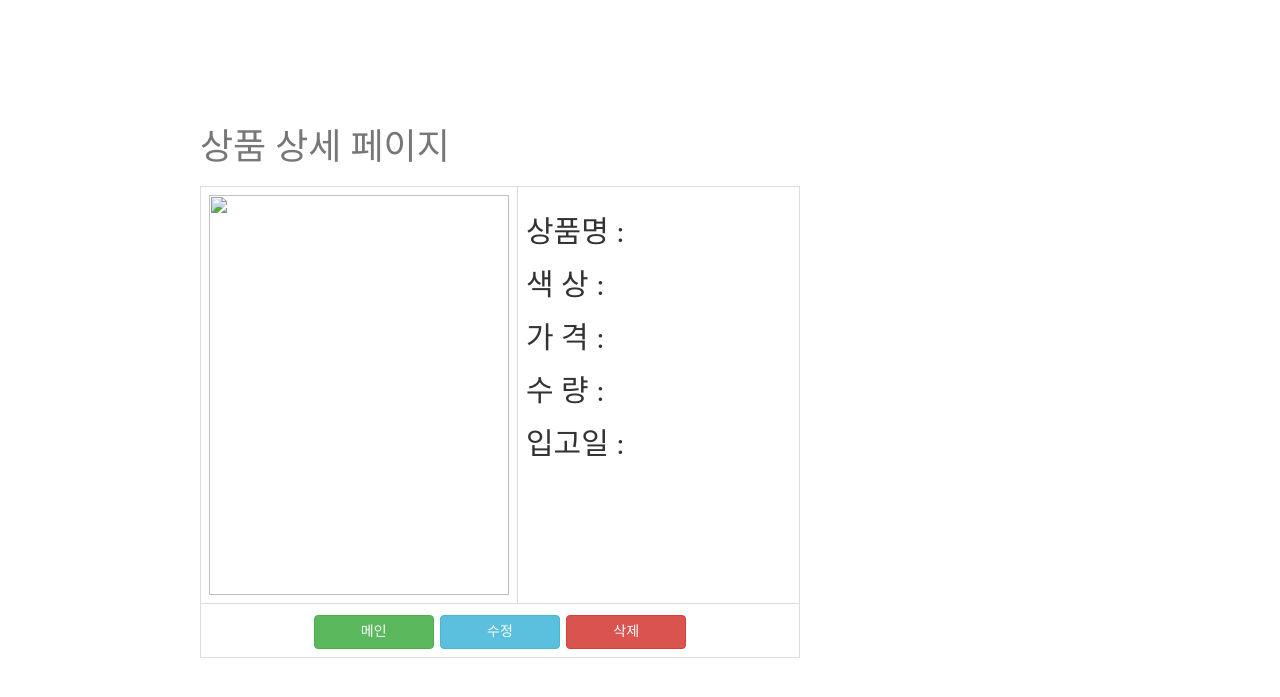
Repository: Juheekim1207/Javawork
Page: http://localhost/WebProjectEx1/day0420/ShopDetailPage.jsp
The author's editor kept a copy of each file at every save. The page is drawn from the files as they stood at one save, then again after the next save.
The browser window is 1280 px wide. The pictures show the whole page.
Some web fonts or font styles are not loaded; a fallback is used. The page is served by Tomcat 9. Other server files are loaded and not shown. Queries for data that is not in the repository find no rows.

Above is the page before, as saved 2022-04-22 01:15:12.
Console error: SyntaxError: Invalid or unexpected token

### WebProjectEx1/src/main/webapp/day0420/ShopDetailPage.jsp
<%@ page language="java" contentType="text/html; charset=UTF8"
    pageEncoding="UTF8"%>
<!DOCTYPE html>
<html>
<head>
<meta charset="UTF8">
<title>Insert title here</title>
<link rel="stylesheet" href="https://maxcdn.bootstrapcdn.com/bootstrap/3.4.1/css/bootstrap.min.css">
<script src="https://code.jquery.com/jquery-3.5.0.js"></script>
<link href="https://fonts.googleapis.com/css2?family=Gamja+Flower&family=Jua&family=Lobster&family=Nanum+Brush+Script&display=swap" rel="stylesheet">
<script src="https://maxcdn.bootstrapcdn.com/bootstrap/3.4.1/js/bootstrap.min.js"></script>
<style type="text/css">
	div.detail{
		margin-top: 100px;
		margin-left: 200px;
		font-size: 25px;
		font-family: 'Jua';
	}
</style>
<script type="text/javascript">
	$(function() {
		init(); //처음 시작시 dto데이터 넣어주기

		//메인페이지로 가는 이벤트
		$("#btnmain").click(function() {
			history.back(); //이전 페이지로 이동
			//location.href="ShopJson.jsp"

		});

		$("#btndelete").click(function(){
			var ans = confirm("삭제하려면 [확인]버튼을 눌러주세요");
			if(ans){
				$.ajax({
					type: "get",
					dataType: "html",
					url: "delete.jsp",
					data: {"num":$("#num").val()},
					success:function(){
						alert("삭제되었습니다");
						//Shopjson.html로 이동
						location.href="Shopjson.html";
					}
				});
			}
		});

		//수정 버튼
		$("#btnupdate").click(function(){
			$.ajax({
				type: "get",
				dataType: "json",
				url: "DetailJson.jsp",
				data: {"num":$("#num").val()},
				success:function(data){
					$("#usangpum").val(data.sangpum);
					#("#uprice").val(data.price);
					#("#ucnt").val(data.cnt);
					#("#uphoto").val(data.photo);
					#("#umyphoto").attr("src",data.photo);
					$("#ipgoday").val(data.ipgoday);
					#("#ucolor").val(data.color);
				}
			});
			 $("#myModal").modal();
		});
	});

	function init() {
		$.ajax({
			type: "get",
			dataType: "json",
			url: "DetailJson.jsp",
			data: {"num":$("#num").val()},
			success:function(data){
				console.log(data);
				$("#photo").attr("src",data.photo);
			 	$("#photo").css("border","4px solid gray");
			 	$("#sangpum").text(data.sangpum);
			 	$("#price").text(data.price + "원");
			 	$("#color").text(data.color);
			 	$("#color").css({
			 		"background-color":data.color,
			 		"float":"right"
			 	});
			 	$("#cnt").text(data.cnt + "개");
			 	$("#ipgoday").text(data.ipgoday);
			}
		});
	}
</script>
</head>
<%
	String num = request.getParameter("num");
%>

<body>
<input type="hidden" id="num" value="<%=num%>">
<div class="detail">
	<table class="table table-bordered" style="width: 600px;" >
	<caption><h1>상품 상세 페이지</h1></caption>
		<tr>
			<td width="300">
				<img src="" width="300" height="400" id="photo">
			</td>
			<td>
				<h2>상품명 : <span id="sangpum"></span></h2>
				<h2>색 상 : <div id="color"></div></h2>
				<h2>가 격 : <span id="price"></span></h2>
				<h2>수 량 : <span id="cnt"></span></h2>
				<h2>입고일 : <span id="ipgoday"></span></h2>
			</td>
		</tr>
		<tr>
			<td colspan="2" align="center">
				<button type="button" class="btn btn-success"
				style="width: 120px;" id="btnmain">메인</button>

				<button type="button" class="btn btn-info"
				style="width: 120px;" id="btnupdate" num=<%=num%>>수정</button>

				<button type="button" class="btn btn-danger"
				style="width: 120px;" id="btndelete" num=<%=num%>>삭제</button>
			</td>
		</tr>
	</table>
</div>

<!--수정 다이얼로그 Modal -->
  <div class="modal fade" id="myModal" role="dialog">
    <div class="modal-dialog">

      <!-- Modal content-->
      <div class="modal-content">
        <div class="modal-header">
          <button type="button" class="close" data-dismiss="modal">&times;</button>
          <h4 class="modal-title">상품 수정</h4>
        </div>
        <div class="modal-body">

          <!-- 수정폼 -->
          <form action="#" id="ufrm" class="form-inline">
          <input type="hidden" id="unum" value="<%=num%>">
		<table class="table table-bodered" style="width: 400px;">
			<tr>
				<th bgcolor="pink" style="width: 100px;">상품명</th>
				<td>
					<input type="text" id="usangpum" name="usangpum"
						class="form-control">
				</td>
			</tr>
			<tr>
				<th bgcolor="pink" style="width: 100px;">상품사진</th>
				<td>
					<select id="uphoto" name="uphoto" class="form-control" style="width: 120px;">
					<script type="text/javascript">
						var data = ["라운드티","블랙원피스","화이트원피스",
								"도트원피스","블랙조끼","꽃무늬원피스","프릴원피스",
								"반팔원피스","레이스원피스","블랙코트","체크쿠션"];
						var s = "";
						for(i=0; i<=10; i++) {
							s += "<option value='../image2/" + (i+1) + ".jpg'>" + data[i] + "</option>";
						}
						document.write(s);
					</script>
					</select>
					<img src="" id="umyphoto" width="60" height="60">
					<script>
						//변경시 이벤트
						$("#uphoto").change(function(){
							$("#umyphoto").attr("src",$(this).val());
						});
					</script>
				</td>
			</tr>
			<tr>
				<th bgcolor="pink" style="width: 100px;">색상</th>
				<td>
					<input type="color" id="ucolor" name="ucolor"
						class="form-control" value="#fffccc"
						style="width: 80px;">
				</td>
			</tr>
			<tr>
				<th bgcolor="pink" style="width: 100px;">단가</th>
				<td>
					<input type="text" id="uprice" name="uprice"
						class="form-control">
				</td>
			</tr>
			<tr>
				<th bgcolor="pink" style="width: 100px;">수량</th>
				<td>
					<input type="number" id="ucnt" name="ucnt"
						class="form-control" min="1" max="5" value="1">
				</td>
			</tr>
			<tr>
				<th bgcolor="pink" style="width: 100px;">입고일</th>
				<td>
					<input type="date" id="uipgoday" name="uipgoday"
						class="form-control" value="2022-04-20">
				</td>
			</tr>
			<tr>
				<td colspan="2" align="center">
					<button type="button" class="btn btn-info"
					style="width: 130px;" id="ubtnsave"
					data-dissmiss="modal">DB수정</button>
				</td>
			</tr>
		</table>
	</form>

        </div>
        <div class="modal-footer">
          <button type="button" class="btn btn-default" data-dismiss="modal">Close</button>
        </div>
      </div>

    </div>
  </div>
</body>
</html>

### WebProjectEx1/src/main/webapp/day0420/DetailJson.jsp
<%@page import="org.json.simple.JSONObject"%>
<%@page import="mysql.data.ShopDto"%>
<%@page import="mysql.data.ShopDao"%>
<%@ page language="java" contentType="text/html; charset=UTF8"
    pageEncoding="UTF8"%>

<%
	//디테일페이지로부터 num 읽기
	String num = request.getParameter("num");

	//dao 선언
	ShopDao dao = new ShopDao();

	//dao로부터 num에 해당하는 dto 얻기
	ShopDto dto = dao.getSangpum(num);

	//json으로 변환
	JSONObject ob = new JSONObject();
	ob.put("num", dto.getNum());
	ob.put("sangpum", dto.getSangpum());
	ob.put("color", dto.getColor());
	ob.put("price", dto.getPrice());
	ob.put("ipgoday", dto.getIpgoday());
	ob.put("photo", dto.getPhoto());
	ob.put("cnt", dto.getCnt());
%>

<%=ob.toString()%>

### WebProjectEx1/src/main/java/mysql/data/ShopDao.java
package mysql.data;

import java.sql.Connection;
import java.sql.PreparedStatement;
import java.sql.ResultSet;
import java.sql.SQLException;
import java.util.List;
import java.util.Vector;

public class ShopDao {
	DbConnect db = new DbConnect();

	//insert
	public void shopInsert(ShopDto dto)
	{
		Connection conn = null;
		PreparedStatement pstmt = null;

		String sql = "insert into shop (sangpum, photo, price, color, cnt, ipgoday) values (?,?,?,?,?,?)";

		conn = db.getConnection();

		try {
			pstmt = conn.prepareStatement(sql);

			//바인딩
			pstmt.setString(1, dto.getSangpum());
			pstmt.setString(2, dto.getPhoto());
			pstmt.setInt(3, dto.getPrice());
			pstmt.setString(4, dto.getColor());
			pstmt.setInt(5, dto.getCnt());
			pstmt.setString(6, dto.getIpgoday());

			//실행
			pstmt.execute();

		} catch (SQLException e) {
			// TODO Auto-generated catch block
			e.printStackTrace();
		} finally {
			db.dbCLose(pstmt, conn);
		}

	}

	//list
	public List<ShopDto> getSangpumList()
	{
		List<ShopDto> list = new Vector<ShopDto>();
		String sql = "select * from shop order by num desc";
		Connection conn = null;
		PreparedStatement pstmt = null;
		ResultSet rs = null;

		conn = db.getConnection();

		try {
			pstmt = conn.prepareStatement(sql);
			rs = pstmt.executeQuery();
			while(rs.next())
			{
				ShopDto dto = new ShopDto();
				dto.setNum(rs.getString("num"));
				dto.setSangpum(rs.getString("sangpum"));
				dto.setColor(rs.getString("color"));
				dto.setPhoto(rs.getString("Photo"));
				dto.setPrice(rs.getInt("price"));
				dto.setCnt(rs.getInt("num"));
				dto.setIpgoday(rs.getString("ipgoday"));

				//list에 추가
				list.add(dto);

			}
		} catch (SQLException e) {
			// TODO Auto-generated catch block
			e.printStackTrace();
		} finally {
			db.dbCLose(rs, pstmt, conn);
		}
		return list;

	}

	//num 에 해당하는 dto 반환
	public ShopDto getSangpum(String num)
	{
		ShopDto dto = new ShopDto();
		String sql = "select * from shop where num=?"; //num에 해당되는 전체데이터 받기
		Connection conn = null;
		PreparedStatement pstmt = null;
		ResultSet rs = null;

		conn = db.getConnection();

		try {
			pstmt = conn.prepareStatement(sql);
			//바인딩
			pstmt.setString(1, num); // ?에 값 넣기
			//실행
			rs = pstmt.executeQuery();

			if(rs.next()) {
				dto.setNum(rs.getString("num"));
				dto.setSangpum(rs.getString("sangpum"));
				dto.setColor(rs.getString("color"));
				dto.setPhoto(rs.getString("Photo"));
				dto.setPrice(rs.getInt("price"));
				dto.setCnt(rs.getInt("num"));
				dto.setIpgoday(rs.getString("ipgoday"));
			}
		} catch (SQLException e) {
			// TODO Auto-generated catch block
			e.printStackTrace();
		} finally {
			db.dbCLose(rs, pstmt, conn);
		}
		return dto;
		}


	//delete
	public void shopDelete(String num)
	{
		Connection conn = null;
		PreparedStatement pstmt = null;
		String sql = "delete from shop where num=?";

		conn = db.getConnection();
		try {
			pstmt = conn.prepareStatement(sql);
			//바인딩
			pstmt.setString(1, num);
			//실행
			pstmt.execute();

		} catch (SQLException e) {
			// TODO Auto-generated catch block
			e.printStackTrace();
		} finally {
			db.dbCLose(pstmt, conn);
		}
	}
}

### WebProjectEx1/src/main/java/mysql/data/DbConnect.java
package mysql.data;

import java.sql.Connection;
import java.sql.DriverManager;
import java.sql.PreparedStatement;
import java.sql.ResultSet;
import java.sql.SQLException;

public class DbConnect {
	static final String DRIVER="com.mysql.cj.jdbc.Driver";
	static final String URL="jdbc:mysql://localhost:3306/bitcamp?serverTimezone=Asia/Seoul";

	public DbConnect() {
		try {
			Class.forName(DRIVER);
		} catch (ClassNotFoundException e) {
			// TODO Auto-generated catch block
			System.out.println("Mysql 드라이버 오류:" + e.getMessage());
		}
	}

	public Connection getConnection()
	{
		Connection conn = null;
		try {
			conn = DriverManager.getConnection(URL,"root","!wngml7750");
		} catch (SQLException e) {
			// TODO Auto-generated catch block
			System.out.println("Mysql 연결 실패:" + e.getMessage());
		}
		return conn;
	}

	public void dbCLose(ResultSet rs, PreparedStatement pstm, Connection conn)
	{
		try {
			rs.close();
			pstm.close();
			conn.close();
		} catch (SQLException e) {
			// TODO: handle exception
		}
	}

	public void dbCLose(PreparedStatement pstm, Connection conn)
	{
		try {
			pstm.close();
			conn.close();
		} catch (SQLException e) {
			// TODO: handle exception
		}
	}
}

### WebProjectEx1/src/main/java/mysql/data/ShopDto.java
package mysql.data;

public class ShopDto {
	private String num;
	private String sangpum;
	private String photo;
	private int price;
	private String color;
	private int cnt;
	private String ipgoday;

	public String getNum() {
		return num;
	}
	public void setNum(String num) {
		this.num = num;
	}
	public String getSangpum() {
		return sangpum;
	}
	public void setSangpum(String sangpum) {
		this.sangpum = sangpum;
	}
	public String getPhoto() {
		return photo;
	}
	public void setPhoto(String photo) {
		this.photo = photo;
	}
	public int getPrice() {
		return price;
	}
	public void setPrice(int price) {
		this.price = price;
	}
	public String getColor() {
		return color;
	}
	public void setColor(String color) {
		this.color = color;
	}
	public int getCnt() {
		return cnt;
	}
	public void setCnt(int cnt) {
		this.cnt = cnt;
	}
	public String getIpgoday() {
		return ipgoday;
	}
	public void setIpgoday(String ipgoday) {
		this.ipgoday = ipgoday;
	}

}

After the next save:
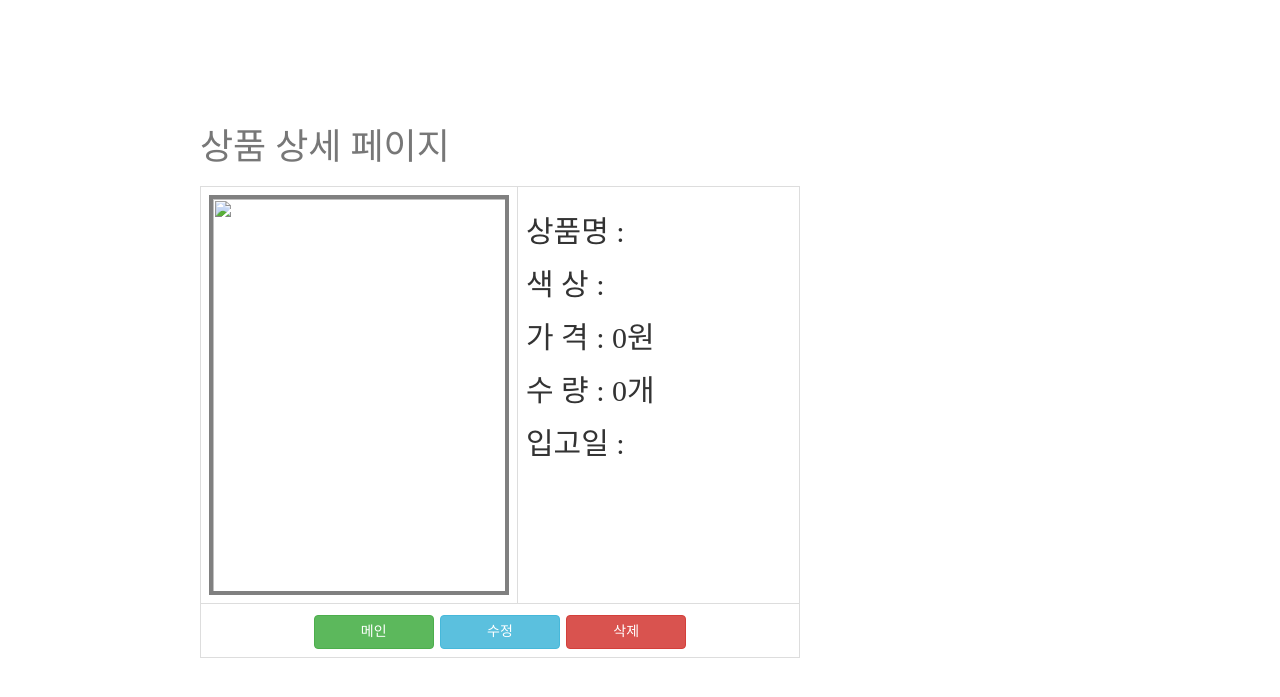
The error is gone.
Saved 39 s later.
--- a/WebProjectEx1/src/main/webapp/day0420/ShopDetailPage.jsp
+++ b/WebProjectEx1/src/main/webapp/day0420/ShopDetailPage.jsp
@@ -54,12 +54,12 @@
 				data: {"num":$("#num").val()},
 				success:function(data){
 					$("#usangpum").val(data.sangpum);
-					#("#uprice").val(data.price);
-					#("#ucnt").val(data.cnt);
-					#("#uphoto").val(data.photo);
-					#("#umyphoto").attr("src",data.photo);
+					$("#uprice").val(data.price);
+					$("#ucnt").val(data.cnt);
+					$("#uphoto").val(data.photo);
+					$("#umyphoto").attr("src",data.photo);
 					$("#ipgoday").val(data.ipgoday);
-					#("#ucolor").val(data.color);
+					$("#ucolor").val(data.color);
 				}
 			});
 			 $("#myModal").modal();
